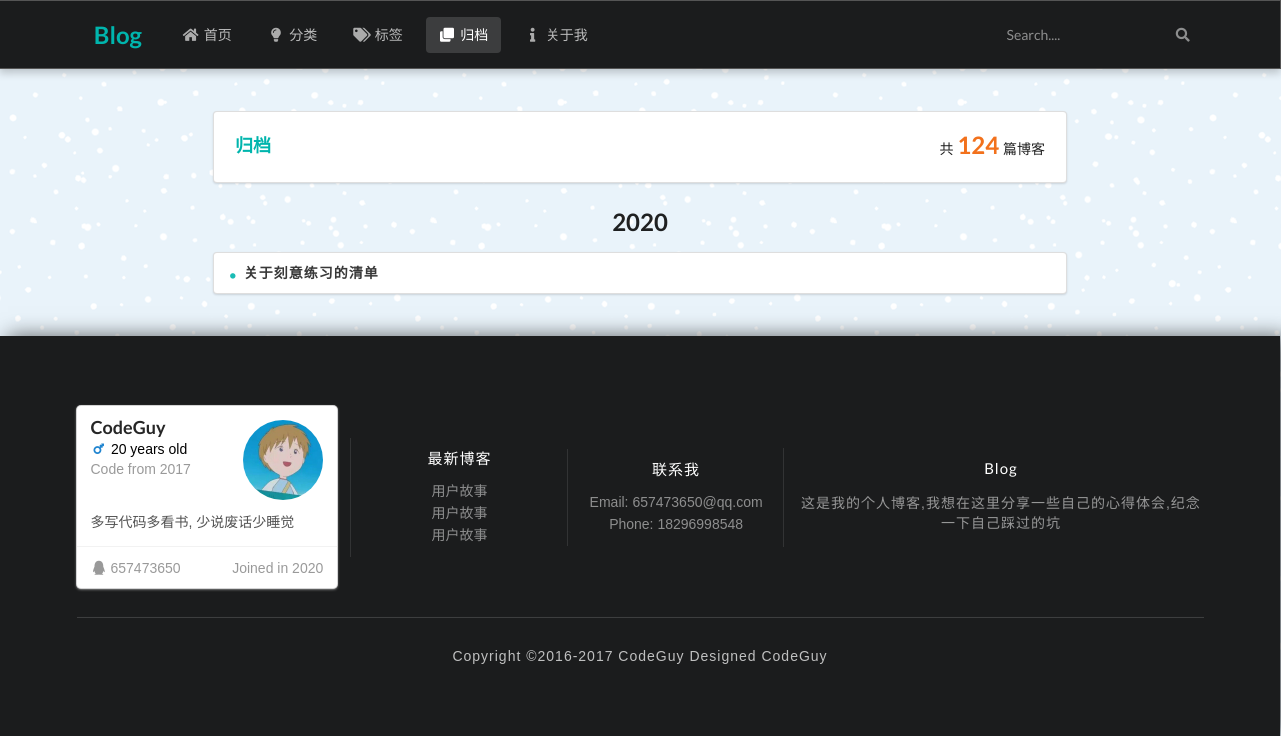
Repository: GOGOHQ/myblog
Page: archives.html
These files come from the project's save history. The page is drawn as it stood at one moment and after the next save; the edit follows.
The browser window is 1280 px wide. The page is 1281 px wide, so the pictures cover 1281 px, including what lies to the right of the window. The pictures show the whole page.
Some web libraries are served in a nearby version.

Above is the page before, as saved 2020-01-17 19:52:50.

After the next save:
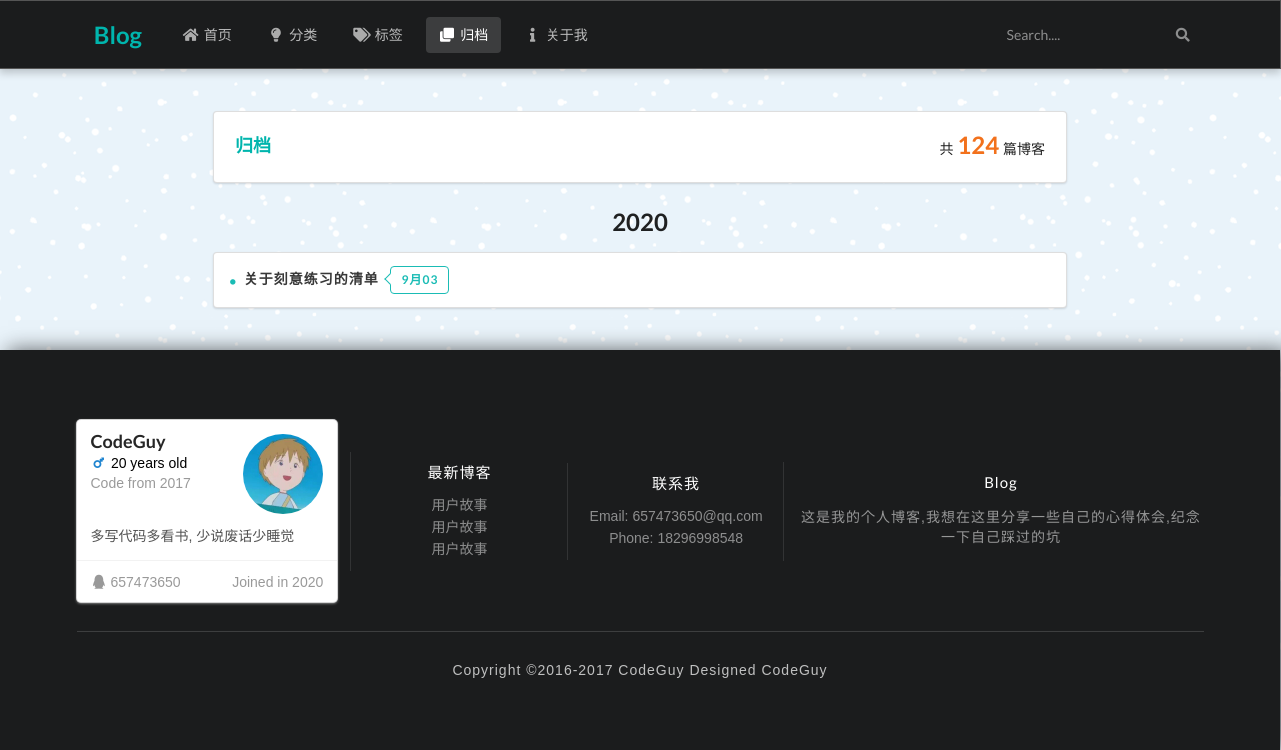
Saved 46 s later.
--- a/archives.html
+++ b/archives.html
@@ -52,7 +52,9 @@
         <h2 class="ui center aligned header">2020</h2>
         <div class="ui fluid vertical menu">
             <a class="item m-label-text-big" href="#" target="_blank">
-                <span><i class="ui teal circle icon mini"></i> 关于刻意练习的清单</span>
+                    <span><i class="ui teal circle icon mini"></i> 关于刻意练习的清单
+                    <div class="ui teal basic left pointing label">9月03</div>
+                    </span>
             </a>
 
         </div>
